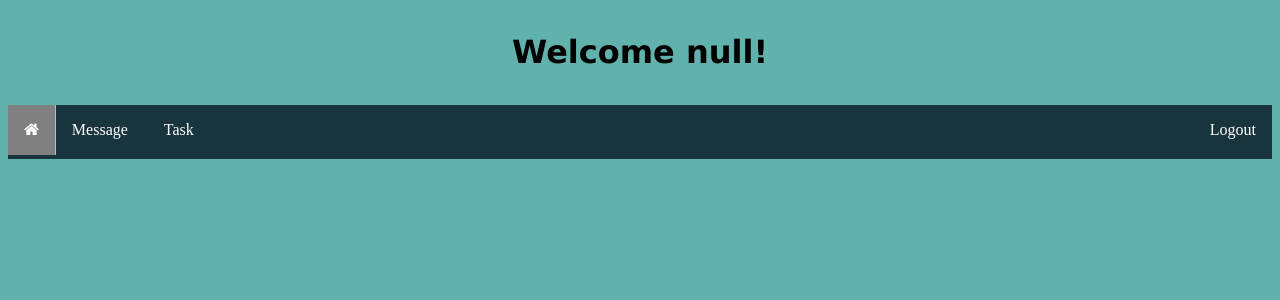
Repository: orsolyanemet/WebProject
Page: http://localhost/Project/userhome.jsp
These files come from the project's save history. The page is drawn as it stood at one moment and after the next save; the edit follows.
The browser window is 1280 px wide. The pictures show the whole page.
The page is served by Tomcat 9. Nobody is signed in. The application's start-up code is not run. Other server files are loaded and not shown.

Above is the page before, as saved 2018-06-11 21:03:30.

### Project/WebContent/userhome.jsp
<!--Nemet Orsolya, noim1553, 532/1 csoport, Project -->
<!DOCTYPE html>
<html>
<head>
<title>Event Organizer</title>
<meta name="viewport" content="width=device-width, initial-scale=1">
<link rel="stylesheet"
	href="https://cdnjs.cloudflare.com/ajax/libs/font-awesome/4.7.0/css/font-awesome.min.css">
<link rel="stylesheet" type="text/css" href="styles/userhome.css">
</head>
<body>
	<h1>
		Welcome
		<%
		out.print(request.getSession().getAttribute("logedUsername"));
	%>!
	</h1>
	<ul>
		<li><a class="active" href="userhome.jsp"><i class="fa fa-home"></i></a></li>
		<div class="dropdown">
			<li class="dropbtn"><a href="">Message</a>
				<div class="dropdown-content">
					<a href=""><i class="fa fa-envelope-o"></i> Inbox</a> <a href=""><i class="fa fa-trash-o"></i>
						Trash</a>
				</div></li>
		</div>
		<div class="dropdown">
			<li class="dropbtn"><a href="">Task</a>
				<div class="dropdown-content">
					<a href="admin/Send.jsp">Send</a> <a href="admin/Inbox.jsp">Inbox</a>
				</div></li>
		</div>
		<li class="right" onclick="logout('')"><a href="">Logout</a></li>
	</ul>
</body>
</html>

### Project/WebContent/styles/userhome.css
/*Nemet Orsolya, noim1553, 532 csoport*/
/*Project*/
body {
	background-color: #61b1ad;
}

h1 {
	text-align: center;
	font-family: Verdana;
	padding: 12px 20px;
}

h2, h3, h4 {
	font-family: Verdana;
}

ul {
	list-style-type: none;
	margin: 0;
	padding: 0;
	overflow: hidden;
	background-color: #18343c;
}

li {
	float: left;
	border-right: 1px solid #bbb;
}

li:last-child {
	border-right: none;
}

li a {
	display: block;
	color: white;
	text-align: center;
	padding: 16px 16px;
	text-decoration: none;
}

li a:hover:not (.active ) {
	background-color: #A9A9A9;
}

.active {
	background-color: #808080;
}

.right {
	float: right;
}

.dropbtn {
	color: white;
	font-size: 16px;
	border: none;
	cursor: pointer;
}

.dropdown {
	position: relative;
	display: inline-block;
}

.dropdown-content {
	display: none;
	position: fixed;
	background-color: #18343c;
	color: white;
	min-width: 80px;
	box-shadow: 0px 8px 16px 0px rgba(0, 0, 0, 0.2);
	z-index: 10;
}

.dropdown-content a {
	color: white;
	padding: 12px 16px;
	text-decoration: none;
	display: block;
}

.dropdown-content a:hover {
	background-color: #A9A9A9
}

.dropdown:hover .dropdown-content {
	display: block;
}

After the next save:
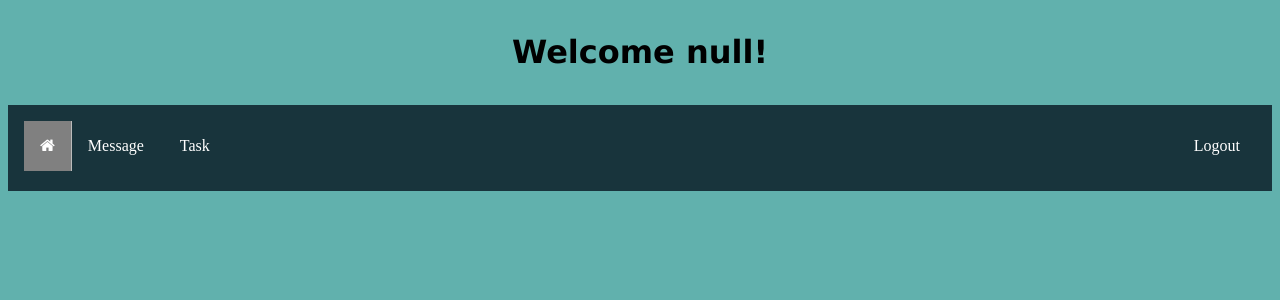
Saved 23 s later.
--- a/Project/WebContent/styles/userhome.css
+++ b/Project/WebContent/styles/userhome.css
@@ -17,7 +17,7 @@ h2, h3, h4 {
 ul {
 	list-style-type: none;
 	margin: 0;
-	padding: 0;
+	padding: 16px 16px;
 	overflow: hidden;
 	background-color: #18343c;
 }
